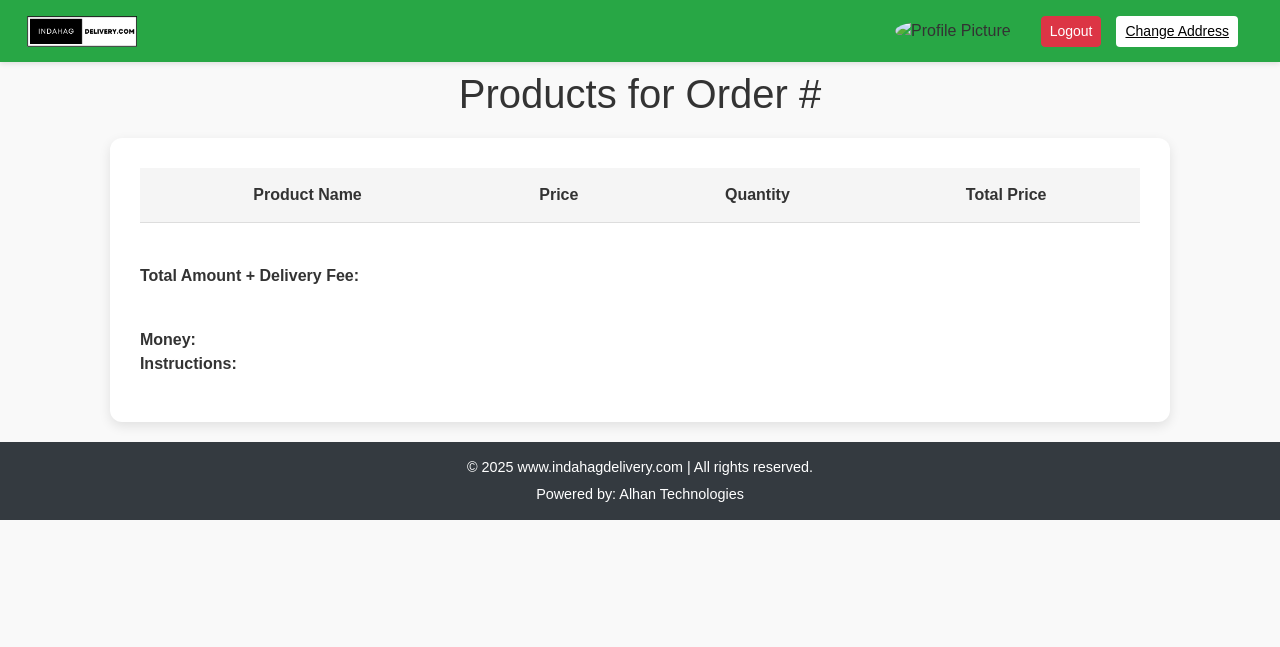
Repository: Jijiluzana225/indahagdelivery.com
Page: store/templates/store/order_items.html
The author's editor kept a copy of each file at every save. The page is drawn from the files as they stood at one save, then again after the next save.
The browser window is 1280 px wide. The pictures show the whole page.
The template is drawn by Django 5.2. The application's start-up code is not run. Other server files are loaded and not shown. The template is opened directly, without the code that normally fills it, so the values that code supplies are empty.

Above is the page before, as saved 2025-06-24 14:59:37.

### store/templates/store/order_items.html
{% extends 'store/base.html' %}

{% block title %}Order {{ order.id }} Items{% endblock %}

{% block content %}
<style>
    /* General Styling */
    body {
        font-family: 'Arial', sans-serif;
        margin: 0;
        padding: 0;
        background-color: #f9f9f9;
        color: #333;
    }

    h2 {
        font-size: 2.5rem;
        text-align: center;
        margin: 20px 0;
        color: #333;
    }

    .items-table-container {
        width: 95%;
        max-width: 1200px;
        margin: 0 auto;
        background-color: #fff;
        padding: 30px;
        border-radius: 12px;
        box-shadow: 0 4px 12px rgba(0, 0, 0, 0.1);
    }

    .items-table {
        width: 100%;
        border-collapse: collapse;
    }

    .items-table th,
    .items-table td {
        padding: 15px;
        text-align: center;
        font-size: 1rem;
        border-bottom: 1px solid #ddd;
        color: #555;
    }

    .items-table th {
        background-color: #f5f5f5;
        color: #333;
        font-weight: bold;
    }

    .items-table tr:nth-child(even) {
        background-color: #fafafa;
    }

    .items-table tr:hover {
        background-color: #f0f0f0;
    }

    .action-btn {
        padding: 10px 20px;
        font-size: 1rem;
        border: none;
        border-radius: 8px;
        cursor: pointer;
        color: #fff;
        transition: background-color 0.3s ease;
        text-transform: capitalize;
    }

    .update-btn {
        background-color: #007bff;
    }

    .update-btn:hover {
        background-color: #0056b3;
    }

    .delete-btn {
        background-color: #dc3545;
    }

    .delete-btn:hover {
        background-color: #c82333;
    }

    input[type="number"] {
        width: 60px;
        padding: 8px;
        border: 1px solid #ccc;
        border-radius: 6px;
        text-align: center;
        font-size: 1rem;
    }

    /* Responsive Design for Tablets */
    @media (max-width: 768px) {
        h2 {
            font-size: 2rem;
        }

        .items-table th,
        .items-table td {
            padding: 12px;
            font-size: 0.9rem;
        }

        .action-btn {
            padding: 8px 16px;
            font-size: 0.9rem;
        }
    }

    /* Responsive Design for Mobile */
    @media (max-width: 480px) {
        h2 {
            font-size: 1.8rem;
        }

        .items-table-container {
            padding: 15px;
        }

        .items-table th,
        .items-table td {
            padding: 8px;
            font-size: 0.8rem;
        }

        .action-btn {
            padding: 6px 12px;
            font-size: 0.8rem;
        }

        input[type="number"] {
            width: 50px;
        }

        /* Make table scrollable for very small screens */
        .items-table-container {
            overflow-x: auto;
        }

        .items-table {
            display: block;
            width: 100%;
            overflow-x: scroll;
            padding-bottom: 10px;
        }

        .items-table th,
        .items-table td {
            white-space: nowrap;
        }
    }
</style>

<h2>Products for Order #{{ order.id }}</h2>

<div class="items-table-container">
    <table class="items-table">
        <thead>
            <tr>
                <th>Product Name</th>
                <th>Price</th>
                <th>Quantity</th>
                <th>Total Price</th>
            </tr>
        </thead>
        <tbody>
            {% for item in items %}
            <tr>
                <td>{{ item.product_name }}</td>
                <td>{{ item.product_price|floatformat:2 }}</td>
                <td>{{ item.quantity }}</td>
                <td>{{ item.total_price|floatformat:2 }}</td>
            </tr>
            {% endfor %}
        </tbody>
    </table>

    <!-- New Containers for Money and Instructions -->
    <div style="padding-top:25px;padding-bottom:10px;">
        <strong>Total Amount + Delivery Fee: </strong>
        <span style="color:blue; font-size:30px"><strong>{{ order.total_price|floatformat:2 }}</strong></span>
    </div>

    <div class="order-detail" style="padding-top:25px;">
        <strong>Money: </strong>
        <span style="color:orange">{{ order.money|floatformat:2 }}</span>
    </div>

    <strong>Instructions: </strong>
    <p style="color:orange">{{ order.instructions }}</p>

    {% if request.user.is_authenticated and 'Store' in request.user.groups.all|join:" " %}

    <!-- Add DELIVERED button -->
    {% if order.status != 'Delivered' %}
    <form action="{% url 'update_order_status_delivered' order.id %}" method="POST">
        {% csrf_token %}
        <button type="submit" class="action-btn update-btn">Mark as DELIVERED</button>
    </form>
    {% endif %}
    <div style="font-align:right; padding-top: 20px;">
        <button class="action-btn update-btn" onclick="printReceipt()">
            Print Receipt
        </button>
    </div>

    {% endif %}

</div>

<script>
    function printReceipt() {
        let receiptContent = `
            <style>
                @page {
                    margin: 0;
                }
                body, html {
                    font-family: Calibre;
                    font-size: 10px;
                    margin-left: 10px;
                    padding: 0;
                    white-space: pre-wrap;
                    word-wrap: break-word;
                }
                .receipt {
                    text-align: left;
                    max-width: 280px;
                    margin-left: 10px;
                    padding: 0;
                    border: none;
                }
            </style>
            <div class="receipt">
        Order Receipt
        ---------------------------------------------
        Order ID: {{ order.id }}
        Customer: {{ order.customer.username }}
        ---------------------------------------------
        Items:
        {% for item in items %}
        {{ item.product_name }}
        x{{ item.quantity }} @ {{ item.product_price }}

        Total: {{ item.total_price|floatformat:2 }}
        ---------------------------------------------
        {% endfor %}
        Total + Delivery Fee: {{ order.total_price|floatformat:2 }}
        ---------------------------------------------
        Thank you for your purchase!
        </div>
        `;

        let printWindow = window.open('', '', 'width=300,height=400');
        printWindow.document.write(receiptContent);
        printWindow.document.close();
        printWindow.print();
        printWindow.onafterprint = function () {
            printWindow.close(); // Close the blank page after printing
        };
    }
</script>

{% endblock %}

### store/templates/store/base.html
{% load static %}
<!DOCTYPE html>
<html lang="en">
<head>
    <meta charset="UTF-8">
    <meta name="viewport" content="width=device-width, initial-scale=1.0">
    <title>indahagdelivery.com</title>
    <link href="https://cdn.jsdelivr.net/npm/bootstrap@5.3.0-alpha3/dist/css/bootstrap.min.css" rel="stylesheet">
    <style>
        /* Navbar Styling */
        .navbar {
            position: fixed;
            top: 0;
            left: 0;
            right: 0;
            width: 100%;
            background-color: #28a745; /* E-commerce theme */
            padding: 10px 15px;
            z-index: 1000;
            box-shadow: 0 2px 5px rgba(0, 0, 0, 0.1);
        }

        .navbar .navbar-brand img {
            max-width: 110px;
        }

        .navbar-nav {
            display: flex;
            align-items: center;
        }

        .navbar-nav .nav-item {
            margin-right: 15px;
        }

        .open-close-btn {
            padding: 6px 14px;
            font-size: 0.9rem;
            background-color: #007bff;
            color: #fff;
            border: none;
            border-radius: 20px;
            transition: background-color 0.3s ease;
        }

        .open-close-btn:hover {
            background-color: #0056b3;
        }

        .profile-picture {
            width: 35px;
            height: 35px;
            border-radius: 50%;
            object-fit: cover;
        }

        /* Responsive Navbar Adjustments */
        @media (max-width: 768px) {
            .navbar-brand img {
                max-width: 80px;
            }

            .navbar-nav .nav-item {
                margin-right:10px;
            }

            .open-close-btn {
                margin-top: 10px;
            }
        }

        /* Footer Styling */
        footer {
            background-color: #343a40;
            color: #fff;
            padding: 15px;
            text-align: center;
            margin-top: 20px;
        }

        footer .footer-text p {
            margin: 0;
            font-size: 0.9rem;
        }

        footer .footer-text p:not(:last-child) {
            margin-bottom: 5px;
        }
    </style>
</head>
<body style="margin-top: 70px;">
    <!-- Navbar -->
    <nav class="navbar navbar-expand-lg navbar-dark">
        <div class="container-fluid">
            <a href="{% url 'store_list' %}" class="navbar-brand">
                <img src="{% static 'admin/img/Indahag.png' %}" alt="Logo">
            </a>

            <!-- Open/Close Button -->
            {% if request.user.is_authenticated and 'Store' in request.user.groups.all|join:" " %}
                <a href="{% url 'update_store_open' %}" class="open-close-btn">Open/Close</a>
            {% endif %}

            <button class="navbar-toggler" type="button" data-bs-toggle="collapse" data-bs-target="#navbarNav" aria-controls="navbarNav" aria-expanded="false" aria-label="Toggle navigation">
                <span class="navbar-toggler-icon"></span>
            </button>
            <div class="collapse navbar-collapse" id="navbarNav">
                <ul class="navbar-nav ms-auto">
                    <li class="nav-item">
                        <img src="{{ user.customer.profile_picture.url }}" alt="Profile Picture" class="profile-picture">
                    </li>
                    <li class="nav-item">
                        <h5 class="mb-0 text-white">{{ user.customer.name }}</h5>
                    </li>
                    <li class="nav-item">
                        <form action="{% url 'logout' %}" method="POST" class="d-inline">
                            {% csrf_token %}
                            <button type="submit" class="btn btn-danger btn-sm">Logout</button>
                        </form>
                    </li>
                    <li class="nav-item">
                        <a href="{% url 'update_profile' %}" class="btn btn-link btn-sm text-black" style="background-color: white">Change Address</a>
                    </li>
                </ul>
            </div>
        </div>
    </nav>

    <!-- Content Block -->
    <div class="container mt-4">
        {% block content %}
        {% endblock %}
    </div>

    <!-- Footer -->
    <footer>
        <div class="footer-text">
            <p>&copy; 2025 www.indahagdelivery.com | All rights reserved.</p>
            <p>Powered by: Alhan Technologies</p>
        </div>
    </footer>

    <!-- Scripts -->
    <script src="https://cdn.jsdelivr.net/npm/bootstrap@5.3.0-alpha3/dist/js/bootstrap.bundle.min.js"></script>
</body>
</html>

After the next save:
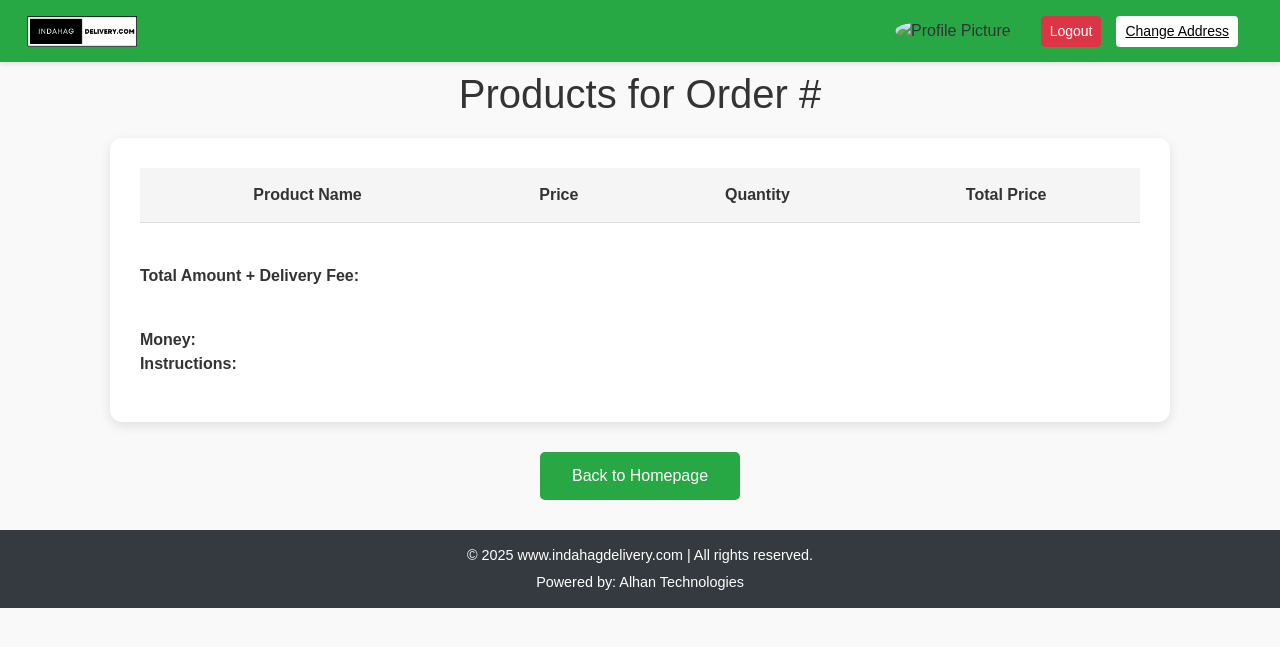
Saved 8 min 5 s later.
--- a/store/templates/store/order_items.html
+++ b/store/templates/store/order_items.html
@@ -92,6 +92,25 @@
         border-radius: 6px;
         text-align: center;
         font-size: 1rem;
+    }
+
+    /* Back to Homepage Button Styling */
+    .back-home-btn {
+        display: block;
+        margin: 30px auto;
+        padding: 12px 30px;
+        background-color: #28a745;
+        color: white;
+        font-size: 1rem;
+        text-align: center;
+        border-radius: 5px;
+        text-decoration: none;
+        max-width: 200px;
+        transition: background-color 0.3s ease;
+    }
+
+    .back-home-btn:hover {
+        background-color: #218838;
     }
 
     /* Responsive Design for Tablets */
@@ -212,6 +231,9 @@
     {% endif %}
 
 </div>
+
+<!-- Back to Homepage Button -->
+<a href="{% url 'home' %}" class="back-home-btn">Back to Homepage</a>
 
 <script>
     function printReceipt() {
